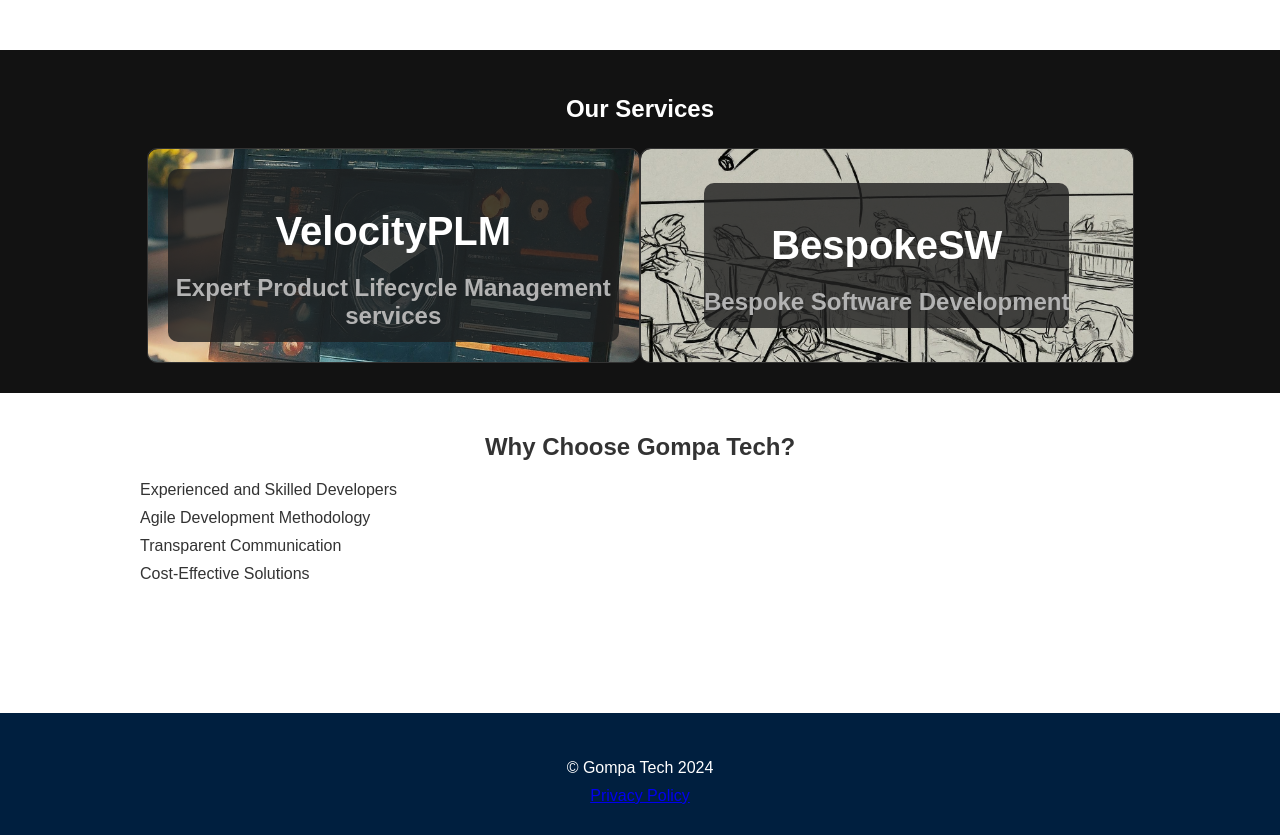
Repository: gompatech/website
Page: d3/index.html
The author's editor kept a copy of each file at every save. The page is drawn from the files as they stood at one save, then again after the next save.
The browser window is 1280 px wide. The pictures show the part of the page from y = 257 to 1112 px (the page is 1092 px tall before and 1112 px after).

Above is the page before, as saved 2024-07-24 16:58:38.

### d3/index.html
<!DOCTYPE html>
<html lang="en">
<head>
  <meta charset="UTF-8">
  <meta name="viewport" content="width=device-width, initial-scale=1.0">
  <title>Gompa Tech - Software Development Solutions</title>
  <link rel="stylesheet" href="./style.css">
</head>
<body>
  <header class="navy-bg">
    <div class="container">
      <a href="#" class="logo">Gompa Tech</a>
      <nav>
        <ul>
          <li><a href="#">Home</a></li>
          <li><a href="#">Services</a></li>
          <li><a href="#">About Us</a></li>
          <li><a href="#">Contact</a></li>
        </ul>
      </nav>
    </div>
  </header>

  <main>
    <section class="hero">
      <div class="container">
        <h1>Empowering Your Business with Innovative Software Solutions</h1>
        <p>We specialize in bespoke software development Product Lifecycle Managment software services.</p>
        <a href="#" class="button">Get a Free Quote</a>
        <img src="images/hero-bg.jpg" alt="Code Background Image" class="hero-img">
      </div>
    </section>

    <section class="services navy-bg">
      <div class="container">
        <h2>Our Services</h2>
          <div class="services">
            <div class="services-container">
                <div class="text-content">
                    <h1>VelocityPLM</h1>
                    <h2>Expert Product Lifecycle Management services</h2>
                </div>
                <img src="./images/vPLMold.jpg" alt="VelocityPLM Old" class="active">
                <img src="./images/vPLMnew.jpg" alt="VelocityPLM New" class="inactive">
            </div>
            <div class="services-container">
                <div class="text-content">
                    <h1>BespokeSW</h1>
                    <h2>Bespoke Software Development</h2>
                </div>
                <img src="./images/vPLMold.jpg" alt="VelocityPLM Old" class="active">
                <img src="./images/vPLMnew.jpg" alt="VelocityPLM New" class="inactive">
            </div>
        </div>
      </div>
    </section>

    <section class="benefits">
      <div class="container">
        <h2>Why Choose Gompa Tech?</h2>
        <ul>
          <li>Experienced and Skilled Developers</li>
          <li>Agile Development Methodology</li>
          <li>Transparent Communication</li>
          <li>Cost-Effective Solutions</li>
        </ul>
      </div>
    </section>
  </main>

  <footer class="navy-bg">
    <div class="container">
      <p>&copy; Gompa Tech 2024</p>
      <a href="#">Privacy Policy</a>
    </div>
  </footer>
</body>

<style>
  .services {
      font-family: Arial, sans-serif;
      margin: 0;
      padding: 0;
      display: flex;
      flex-wrap: wrap;
      justify-content: center;
      align-items: stretch;
      background-color: #121212;
      color: #ffffff;
      padding: 5px;
  }
  .services-container {
      width: 50%;
      padding: 20px;
      border: 1px solid #333;
      border-radius: 10px;
      background-color: #1e1e1e;
      box-sizing: border-box;
      display: flex;
      flex-direction: column;
      align-items: center;
      justify-content: center;
      position: relative;
      overflow: hidden;
  }
  .services-container img {
      width: 100%;
      height: auto;
      max-height: 300px;
      object-fit: cover;
      border-radius: 10px;
      position: absolute;
      top: 0;
      left: 0;
      opacity: 0;
      transition: opacity 1s ease-in-out;
  }
  .services-container img.active {
      opacity: 1;
      z-index: 1;
  }
  .services-container img.inactive {
      z-index: 0;
  }
  .text-content {
      position: relative;
      z-index: 2;
      text-align: center;
      padding-top: 20px;
      background: rgba(30, 30, 30, 0.8);
      border-radius: 10px;
  }
  .services-container h1 {
      font-size: 2.5em;
      margin: 0.5em 0;
  }
  .services-container h2 {
      font-size: 1.5em;
      margin: 0.5em 0;
      color: #b3b3b3;
  }
  @media (max-width: 600px) {
      .services-container {
          width: 100%;
      }
      .services-container h1 {
          font-size: 2em;
      }
      .services-container h2 {
          font-size: 1.2em;
      }
  }
</style>

<script>
  let currentIndex = 0;
  const images = document.querySelectorAll('.services-container img');

  function showNextImage() {
      images[currentIndex].classList.remove('active');
      images[currentIndex].classList.add('inactive');
      currentIndex = (currentIndex + 1) % images.length;
      images[currentIndex].classList.remove('inactive');
      images[currentIndex].classList.add('active');
  }

  setInterval(showNextImage, 3000);
</script>

</html>

### d3/style.css
/* Basic styles */
body {
  font-family: sans-serif;
  margin: 0;
  padding: 0;
}

.container {
  max-width: 1000px;
  margin: 0 auto;
  padding: 20px;
}

/* Header */
header {
  background-color: #001F3F;  /* Navy blue */
  color: #fff;
  padding: 10px 0;
}

.logo {
  font-size: 2em;
  font-weight: bold;
  text-decoration: none;
  color: #fff;
}

nav {
  float: right;
}

nav ul {
  list-style: none;
  margin: 0;
  padding: 0;
}

nav li {
  display: inline-block;
  margin-left: 20px;
}

nav a {
  color: #fff;
  text-decoration: none;
  padding: 5px 10px;
}

nav a:hover {
  background-color: #2F4F4F; /* Darker navy blue on hover */
  transition: background-color 0.3s ease;
}

/* Main content */
main {
  padding-bottom: 50px;
  color: #333;
}

section {
  margin-bottom: 50px;
}

h1, h2 {
  text-align: center;
  margin-bottom: 20px;
}

.hero {
  position: relative;
}

.hero-img {
  position: absolute;
  top: 0;
  left: 0;
  width: 100%;
  height: 100%;
  opacity: 0.3; /* Set the transparency level for the background image */
}

.service-card {
  display: flex;
  align-items: center;
  margin-bottom: 20px;
  padding: 20px;
  border: 1px solid #ddd;
  border-radius: 5px;
}

.service-card img {
  width: 100px;
  margin-right: 20px;
}

.benefits ul {
  list-style: none;
  margin: 0;
  padding: 0;
}

.benefits li {
  margin-bottom: 10px;
}

/* Footer */
footer {
  background-color: #001F3F;
  color: #fff;
  padding: 10px 0;
  text-align: center;
}

footer p {
  margin-bottom: 10px;
}

After the next save:
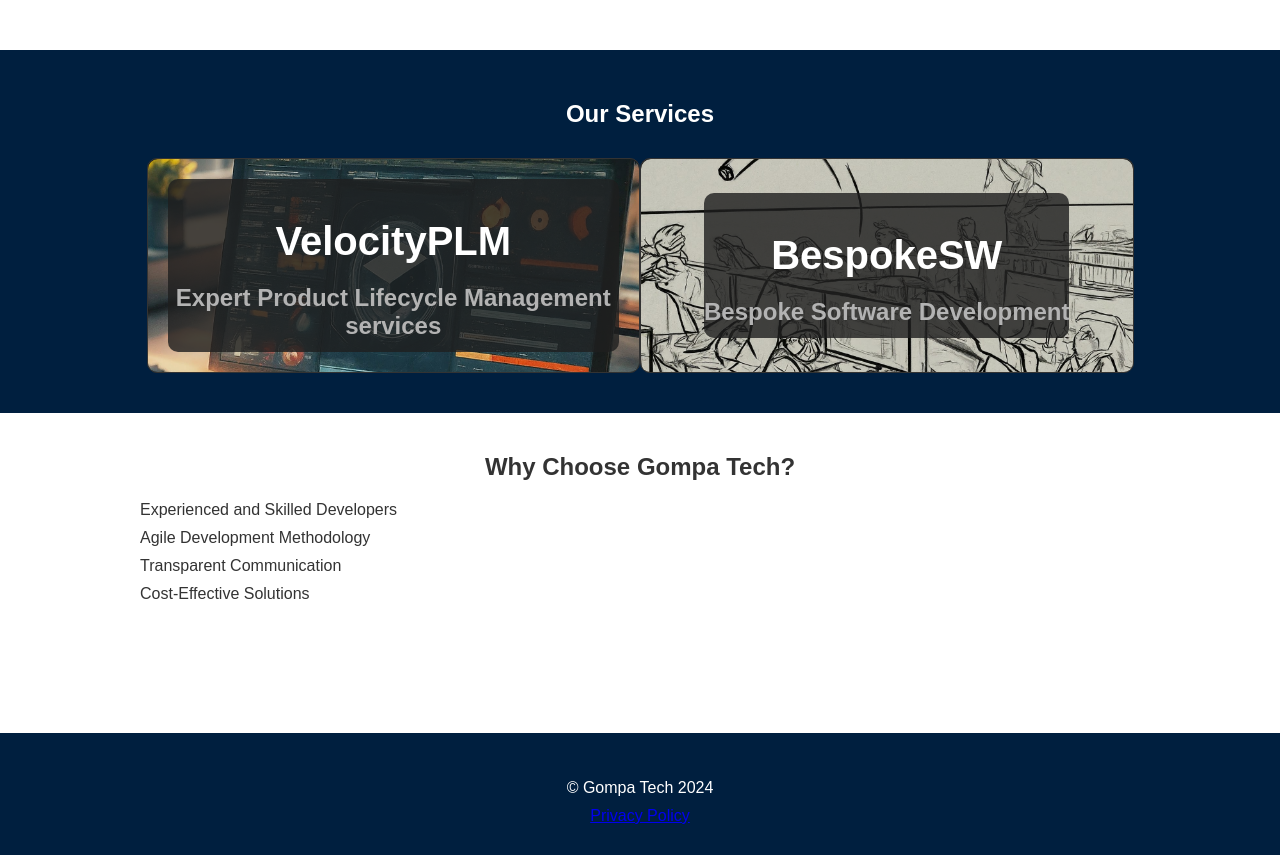
Saved 4 h 45 min later.
--- a/d3/index.html
+++ b/d3/index.html
@@ -85,9 +85,14 @@
       flex-wrap: wrap;
       justify-content: center;
       align-items: stretch;
+     /*
       background-color: #121212;
       color: #ffffff;
       padding: 5px;
+      */
+      background-color: #001F3F;  /* Navy blue */
+      color: #fff;
+      padding: 10px 0
   }
   .services-container {
       width: 50%;
